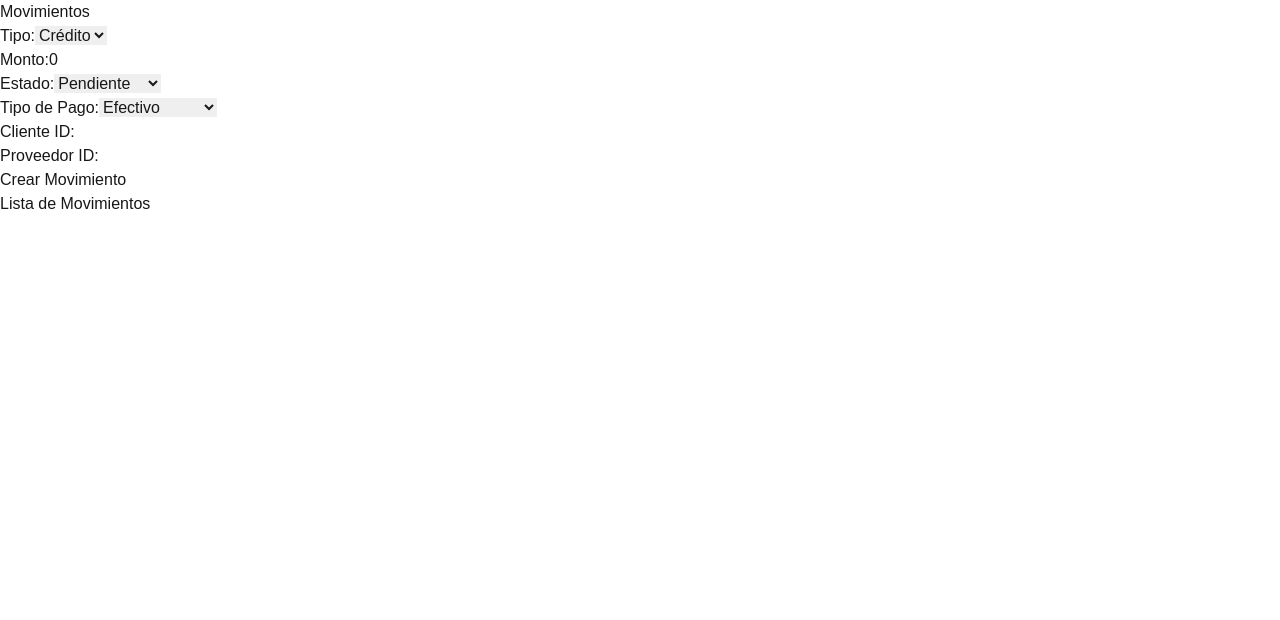
Repository: manucavallera/Sistema-Gestion
Page: /movimientos
The author's editor kept a copy of each file at every save. The page is drawn from the files as they stood at one save, then again after the next save.
The browser window is 1280 px wide. The pictures show the whole page.
The page's requests for data from a server got no answer. The project was rebuilt for these pictures with package versions that can differ from the ones it lists, and the page was loaded fresh each time. The framework's server and built-in components were replaced by stand-ins that run in the browser. No one was signed in, and anything a server would have sent is missing. Also part of the build but not shown: next.config.mjs.

Above is the page before, as saved 2024-11-20 20:39:58.

### src/app/movimientos/page.tsx
"use client";
import { useEffect, useState } from "react";

interface Movimiento {
  id: number;
  tipo: string;
  monto: number;
  estado: string;
  tipoPago: string;
  clienteId: number | null;
  proveedorId: number | null;
}

const MovimientosPage = () => {
  const [movimientos, setMovimientos] = useState<Movimiento[]>([]);
  const [tipo, setTipo] = useState<string>("CREDITO");
  const [monto, setMonto] = useState<number>(0);
  const [estado, setEstado] = useState<string>("PENDIENTE");
  const [tipoPago, setTipoPago] = useState<string>("EFECTIVO");
  const [clienteId, setClienteId] = useState<number | null>(null);
  const [proveedorId, setProveedorId] = useState<number | null>(null);

  // Función para obtener movimientos
  const fetchMovimientos = async () => {
    const response = await fetch("/api/movimientos");
    const data = await response.json();
    setMovimientos(data);
  };

  // Cargar movimientos al montar el componente
  useEffect(() => {
    fetchMovimientos();
  }, []);

  // Función para manejar la creación de un nuevo movimiento
  const handleCreateMovimiento = async (e: React.FormEvent) => {
    e.preventDefault();

    const response = await fetch("/api/movimientos", {
      method: "POST",
      headers: {
        "Content-Type": "application/json",
      },
      body: JSON.stringify({
        tipo,
        monto,
        estado,
        tipoPago,
        clienteId,
        proveedorId,
      }),
    });

    if (response.ok) {
      // Resetea los campos del formulario
      setTipo("CREDITO");
      setMonto(0);
      setEstado("PENDIENTE");
      setTipoPago("EFECTIVO");
      setClienteId(null);
      setProveedorId(null);
      fetchMovimientos(); // Vuelve a cargar los movimientos
    } else {
      const errorData = await response.json();
      console.error("Error al crear movimiento:", errorData.error);
    }
  };

  return (
    <div>
      <h1>Movimientos</h1>
      <form onSubmit={handleCreateMovimiento}>
        <div>
          <label>
            Tipo:
            <select value={tipo} onChange={(e) => setTipo(e.target.value)}>
              <option value='CREDITO'>Crédito</option>
              <option value='DEBITO'>Débito</option>
            </select>
          </label>
        </div>
        <div>
          <label>
            Monto:
            <input
              type='number'
              value={monto}
              onChange={(e) => setMonto(Number(e.target.value))}
              required
            />
          </label>
        </div>
        <div>
          <label>
            Estado:
            <select value={estado} onChange={(e) => setEstado(e.target.value)}>
              <option value='PENDIENTE'>Pendiente</option>
              <option value='COMPLETADO'>Completado</option>
              <option value='CANCELADO'>Cancelado</option>
            </select>
          </label>
        </div>
        <div>
          <label>
            Tipo de Pago:
            <select
              value={tipoPago}
              onChange={(e) => setTipoPago(e.target.value)}
            >
              <option value='EFECTIVO'>Efectivo</option>
              <option value='TARJETA'>Tarjeta</option>
              <option value='TRANSFERENCIA'>Transferencia</option>
              <option value='CHEQUE'>Cheque</option>
            </select>
          </label>
        </div>
        <div>
          <label>
            Cliente ID:
            <input
              type='number'
              value={clienteId || ""}
              onChange={(e) =>
                setClienteId(e.target.value ? Number(e.target.value) : null)
              }
            />
          </label>
        </div>
        <div>
          <label>
            Proveedor ID:
            <input
              type='number'
              value={proveedorId || ""}
              onChange={(e) =>
                setProveedorId(e.target.value ? Number(e.target.value) : null)
              }
            />
          </label>
        </div>
        <button type='submit'>Crear Movimiento</button>
      </form>
      <h2>Lista de Movimientos</h2>
      <ul>
        {movimientos.map((movimiento) => (
          <li key={movimiento.id}>
            {movimiento.tipo} - {movimiento.monto} - {movimiento.estado} -{" "}
            {movimiento.tipoPago}
          </li>
        ))}
      </ul>
    </div>
  );
};

export default MovimientosPage;

Loaded but not shown: src/app/layout.tsx (common file); src/app/globals.css (common file); tailwind.config.ts (common file)

After the next save:
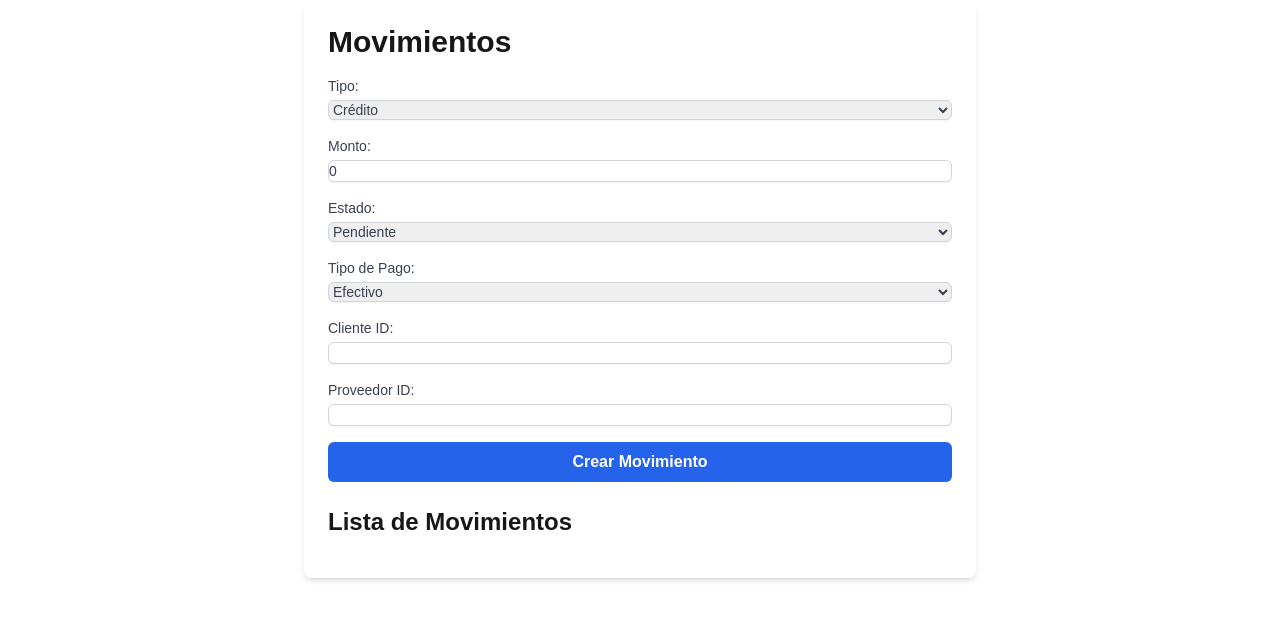
Saved 2 min 47 s later.
--- a/src/app/movimientos/page.tsx
+++ b/src/app/movimientos/page.tsx
@@ -67,33 +67,42 @@ const MovimientosPage = () => {
   };
 
   return (
-    <div>
-      <h1>Movimientos</h1>
-      <form onSubmit={handleCreateMovimiento}>
+    <div className='max-w-2xl mx-auto p-6 bg-white rounded-lg shadow-md'>
+      <h1 className='text-3xl font-bold mb-4'>Movimientos</h1>
+      <form onSubmit={handleCreateMovimiento} className='space-y-4'>
         <div>
-          <label>
+          <label className='block text-sm font-medium text-gray-700'>
             Tipo:
-            <select value={tipo} onChange={(e) => setTipo(e.target.value)}>
+            <select
+              value={tipo}
+              onChange={(e) => setTipo(e.target.value)}
+              className='mt-1 block w-full border border-gray-300 rounded-md shadow-sm focus:ring-blue-500 focus:border-blue-500'
+            >
               <option value='CREDITO'>Crédito</option>
               <option value='DEBITO'>Débito</option>
             </select>
           </label>
         </div>
         <div>
-          <label>
+          <label className='block text-sm font-medium text-gray-700'>
             Monto:
             <input
               type='number'
               value={monto}
               onChange={(e) => setMonto(Number(e.target.value))}
               required
+              className='mt-1 block w-full border border-gray-300 rounded-md shadow-sm focus:ring-blue-500 focus:border-blue-500'
             />
           </label>
         </div>
         <div>
-          <label>
+          <label className='block text-sm font-medium text-gray-700'>
             Estado:
-            <select value={estado} onChange={(e) => setEstado(e.target.value)}>
+            <select
+              value={estado}
+              onChange={(e) => setEstado(e.target.value)}
+              className='mt-1 block w-full border border-gray-300 rounded-md shadow-sm focus:ring-blue-500 focus:border-blue-500'
+            >
               <option value='PENDIENTE'>Pendiente</option>
               <option value='COMPLETADO'>Completado</option>
               <option value='CANCELADO'>Cancelado</option>
@@ -101,11 +110,12 @@ const MovimientosPage = () => {
           </label>
         </div>
         <div>
-          <label>
+          <label className='block text-sm font-medium text-gray-700'>
             Tipo de Pago:
             <select
               value={tipoPago}
               onChange={(e) => setTipoPago(e.target.value)}
+              className='mt-1 block w-full border border-gray-300 rounded-md shadow-sm focus:ring-blue-500 focus:border -blue-500'
             >
               <option value='EFECTIVO'>Efectivo</option>
               <option value='TARJETA'>Tarjeta</option>
@@ -115,7 +125,7 @@ const MovimientosPage = () => {
           </label>
         </div>
         <div>
-          <label>
+          <label className='block text-sm font-medium text-gray-700'>
             Cliente ID:
             <input
               type='number'
@@ -123,11 +133,12 @@ const MovimientosPage = () => {
               onChange={(e) =>
                 setClienteId(e.target.value ? Number(e.target.value) : null)
               }
+              className='mt-1 block w-full border border-gray-300 rounded-md shadow-sm focus:ring-blue-500 focus:border-blue-500'
             />
           </label>
         </div>
         <div>
-          <label>
+          <label className='block text-sm font-medium text-gray-700'>
             Proveedor ID:
             <input
               type='number'
@@ -135,16 +146,25 @@ const MovimientosPage = () => {
               onChange={(e) =>
                 setProveedorId(e.target.value ? Number(e.target.value) : null)
               }
+              className='mt-1 block w-full border border-gray-300 rounded-md shadow-sm focus:ring-blue-500 focus:border-blue-500'
             />
           </label>
         </div>
-        <button type='submit'>Crear Movimiento</button>
+        <button
+          type='submit'
+          className='w-full py-2 px-4 bg-blue-600 text-white font-semibold rounded-md hover:bg-blue-700 transition duration-200'
+        >
+          Crear Movimiento
+        </button>
       </form>
-      <h2>Lista de Movimientos</h2>
-      <ul>
+      <h2 className='text-2xl font-bold mt-6'>Lista de Movimientos</h2>
+      <ul className='mt-4 space-y-2'>
         {movimientos.map((movimiento) => (
-          <li key={movimiento.id}>
-            {movimiento.tipo} - {movimiento.monto} - {movimiento.estado} -{" "}
+          <li
+            key={movimiento.id}
+            className='p-4 border border-gray-200 rounded-md shadow-sm'
+          >
+            {movimiento.tipo} - ${movimiento.monto} - {movimiento.estado} -{" "}
             {movimiento.tipoPago}
           </li>
         ))}
